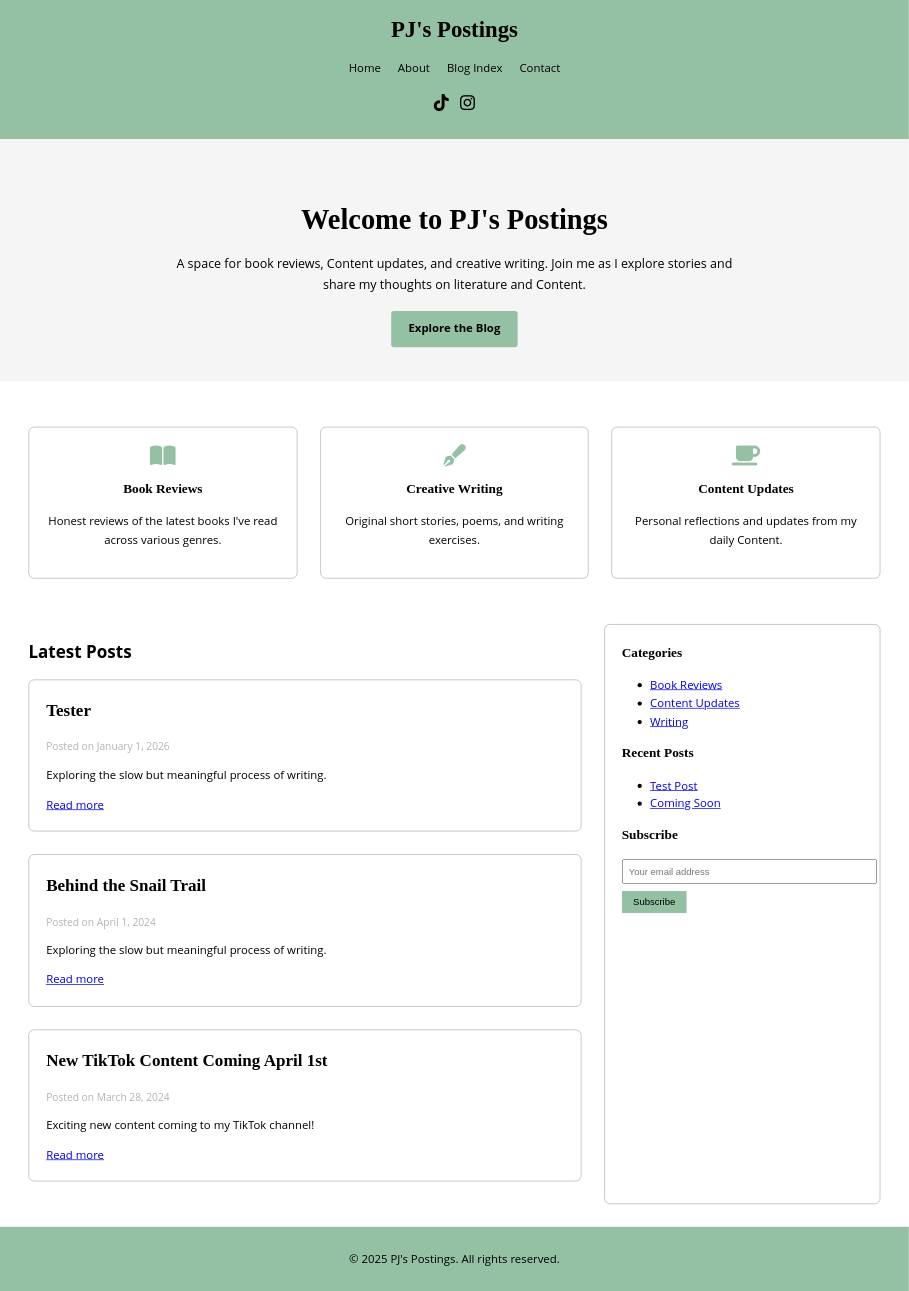
Repository: pjpatrick071/pjpatrick071.github.io
Page: index.html
An editor plug-in stored every save of this project. The page is shown before and after a run of saves, followed by the edit.
The browser window is 1280 px wide. The pictures show the whole page, at 71% of full size.
Some web fonts or font styles are not loaded; a fallback is used.

Above is the page before, as saved 2025-04-07 21:18:37.

After the next 2 saves:
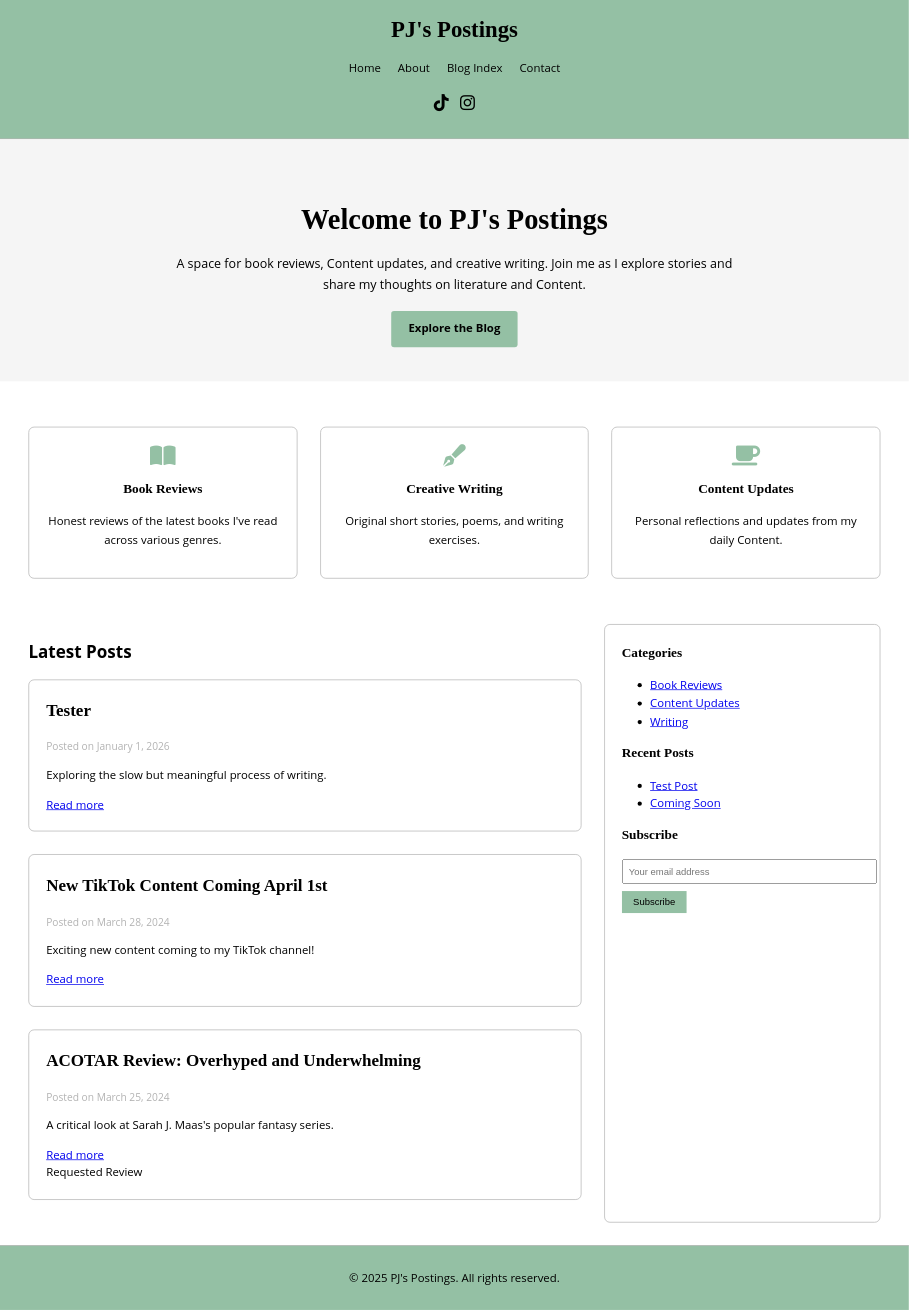
The 2 saves are shown as one change because they came seconds apart.
The last was saved 31 s later.
--- a/posts.json
+++ b/posts.json
@@ -17,38 +17,6 @@
         "requested": true
       },
       {
-        "title": "Alternate Universes",
-        "date": "2024-03-15",
-        "url": "posts/alternate-universes.html",
-        "excerpt": "The concept of alternate universes in fiction and how writers can use them effectively.",
-        "category": "writing",
-        "requested": false
-      },
-      {
-        "title": "Website Refresh Coming Soon",
-        "date": "2024-03-15",
-        "url": "posts/website-updates.html",
-        "excerpt": "Plans for improving PJ's Postings.",
-        "category": "content-updates",
-        "requested": false
-      },
-      {
-        "title": "LOTR Review: A Timeless Masterpiece",
-        "date": "2024-02-10",
-        "url": "posts/lotr-review.html",
-        "excerpt": "Why Tolkien's epic continues to define the fantasy genre.",
-        "category": "book-reviews",
-        "requested": false
-      },
-      {
-        "title": "Behind the Snail Trail",
-        "date": "2024-04-01",
-        "url": "posts/snail-trail.html",
-        "excerpt": "Exploring the slow but meaningful process of writing.",
-        "category": "writing",
-        "requested": false
-      },
-      {
         "title": "Tester",
         "date": "2026-01-01",
         "url": "posts/tester.html",
